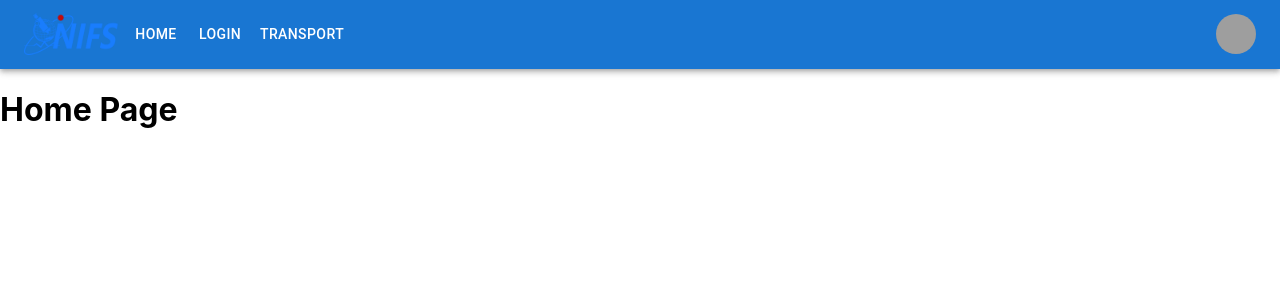
Repository: Ravindu97/NIFS_WebApplication
Page: / (app in client/)
These files come from the project's save history. The page is drawn as it stood at one moment and after the next save; the edit follows.
The browser window is 1280 px wide. The pictures show the whole page.
Pictures or frames that could not be fetched are drawn as grey boxes. The project was rebuilt for these pictures with package versions that can differ from the ones it lists, and the page was loaded fresh each time. Also part of the build but not shown: client/src/pages/Login.js, client/src/pages/TransportMainPage.js.

Above is the page before, as saved 2022-06-30 18:49:28.

After the next save:
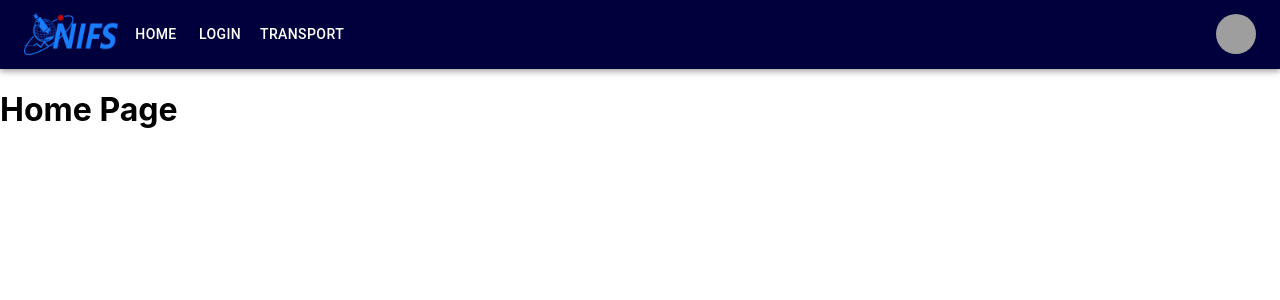
Saved 84 s later.
--- a/client/src/index.css
+++ b/client/src/index.css
@@ -19,5 +19,5 @@ body {
 }
 
 .main-navbar{
-  background-color: var(--main-navbar-back);
+  background-color: var(--main-navbar-back) !important;
 }
